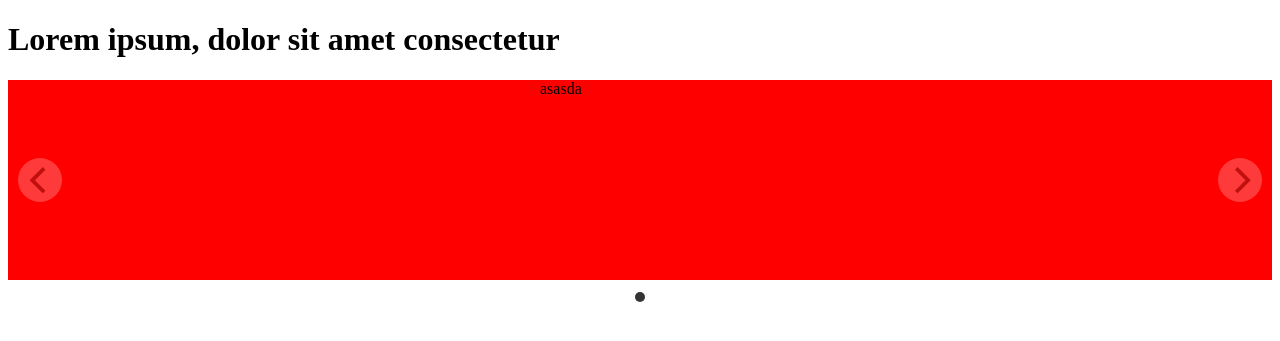
Repository: tongdkhai/Graphic-Art-Mart
Page: test/test.html
The author's editor kept a copy of each file at every save. The page is drawn from the files as they stood at one save, then again after the next save.
The browser window is 1280 px wide. The pictures show the whole page.

Above is the page before, as saved 2022-10-26 08:54:51.

After the next save:
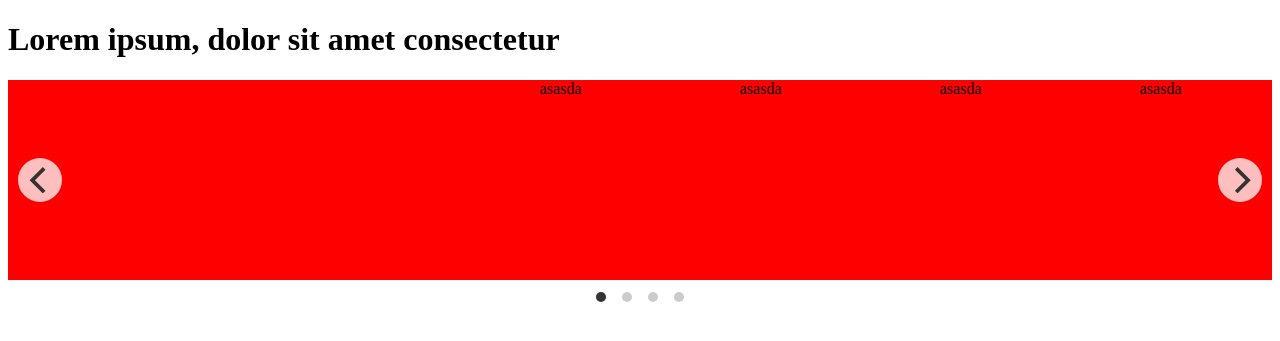
Saved 16 s later.
--- a/test/test.html
+++ b/test/test.html
@@ -61,6 +61,21 @@
         asasda
       </div>
     </div>
+    <div class="container">
+      <div class="text">
+        asasda
+      </div>
+    </div>
+    <div class="container">
+      <div class="text">
+        asasda
+      </div>
+    </div>
+    <div class="container">
+      <div class="text">
+        asasda
+      </div>
+    </div>
 
 
     </div>
